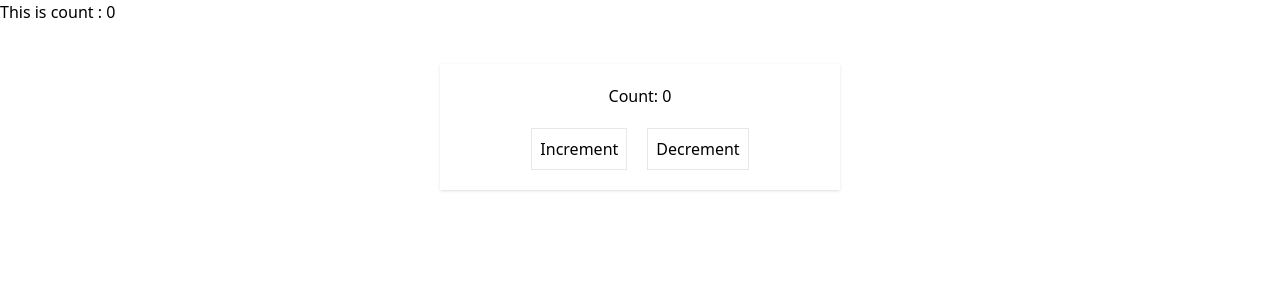
Repository: hoang0508/Learn-Redux-Evon
Page: /
An editor plug-in stored every save of this project. The page is shown before and after the next save, followed by the edit.
The browser window is 1280 px wide. The pictures show the whole page.
The project was rebuilt for these pictures with package versions that can differ from the ones it lists, and the page was loaded fresh each time. Also part of the build but not shown: src/App.css.

Above is the page before, as saved 2022-06-16 09:50:49.

### src/index.js
import React from "react";
import { createRoot } from "react-dom/client";
import App from "./App";
import reportWebVitals from "./reportWebVitals";
import "./index.css";
import { Provider } from "react-redux";
import store from "./redux/configureStore";

const container = document.getElementById("root");
const root = createRoot(container);

root.render(
  <React.StrictMode>
    <Provider store={store}>
      <App />
    </Provider>
  </React.StrictMode>
);

// If you want to start measuring performance in your app, pass a function
// to log results (for example: reportWebVitals(console.log))
// or send to an analytics endpoint. Learn more: https://bit.ly/CRA-vitals
reportWebVitals();

### src/App.js
import React, { useState } from "react";
import { useSelector } from "react-redux";
import "./App.css";
import Counter from "./components/Counter";

function App() {
  const count = useSelector((state) => state.counter.count);
  return (
    <>
      <h2>This is count : {count}</h2>
      <Counter />
    </>
  );
}

export default App;

### src/redux/configureStore.js
import { createStore, combineReducers } from "redux";
import counterReducer from "./counter";

const reducer = combineReducers({
  // key: value
  counter: counterReducer,
});

const store = createStore(reducer);
export default store;

### src/components/Counter.js
import React from "react";
import { useDispatch, useSelector } from "react-redux";
import { decrement, increment } from "../redux/counter";

const Counter = (props) => {
  const count = useSelector((state) => state.counter.count);
  const dispatch = useDispatch();
  const handleIncrement = () => {
    // setCount(() => count + 1);
    dispatch(increment());
  };
  const handleDecrement = () => {
    // setCount(() => count - 1);
    dispatch(decrement());
  };
  return (
    <div className="flex flex-col items-center p-5 bg-white shadow w-[400px] mx-auto mt-10">
      <h2 className="mb-5">Count: {count}</h2>
      <div className="flex justify-center items-center gap-x-5">
        <button
          className="inline-block border-gray-200 p-2 border"
          onClick={handleIncrement}
        >
          Increment
        </button>
        <button
          className="inline-block border-gray-200 p-2 border"
          onClick={handleDecrement}
        >
          Decrement
        </button>
      </div>
    </div>
  );
};

export default Counter;

### src/redux/counter.js
const INCREMENT = "increment";
const DECREMENT = "decrement";

const initialState = {
  count: 0,
};

export const increment = () => ({
  type: INCREMENT,
});

export const decrement = () => ({
  type: DECREMENT,
});

function counterReducer(state = initialState, action) {
  switch (action.type) {
    case INCREMENT:
      return {
        ...state,
        count: state.count + 1,
      };

    case DECREMENT:
      return {
        ...state,
        count: state.count - 1,
      };

    default:
      return state;
  }
}

export default counterReducer;

Loaded but not shown: public/index.html (common file); src/reportWebVitals.js (common file); src/index.css (common file); tailwind.config.js (common file)

After the next save:
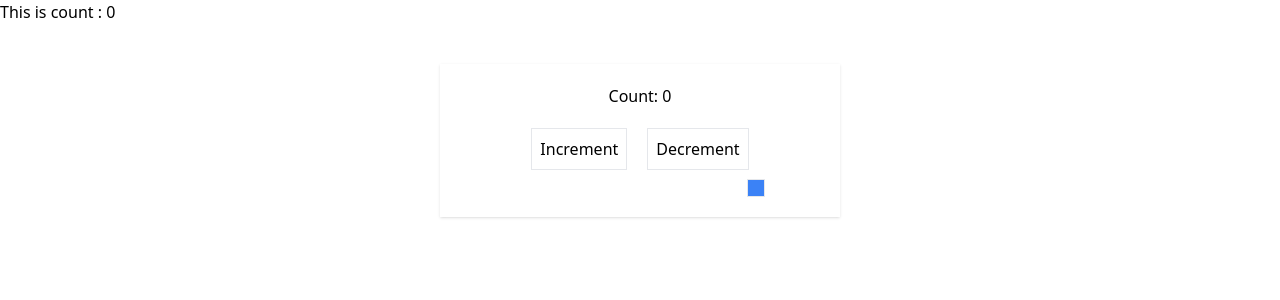
Saved 41 min 29 s later.
--- a/src/components/Counter.js
+++ b/src/components/Counter.js
@@ -1,8 +1,9 @@
-import React from "react";
+import React, { useState } from "react";
 import { useDispatch, useSelector } from "react-redux";
 import { decrement, increment } from "../redux/counter";
 
 const Counter = (props) => {
+  const [incrementAmount, setIncrementAmount] = useState(2);
   const count = useSelector((state) => state.counter.count);
   const dispatch = useDispatch();
   const handleIncrement = () => {
@@ -30,6 +31,13 @@ const Counter = (props) => {
           Decrement
         </button>
       </div>
+      <div>
+        <input
+          type="text"
+          onChange={(e) => setIncrementAmount(e.target.value)}
+        />
+        <button className="inline-block border-gray-200 p-2 border bg-blue-500 text-white"></button>
+      </div>
     </div>
   );
 };
